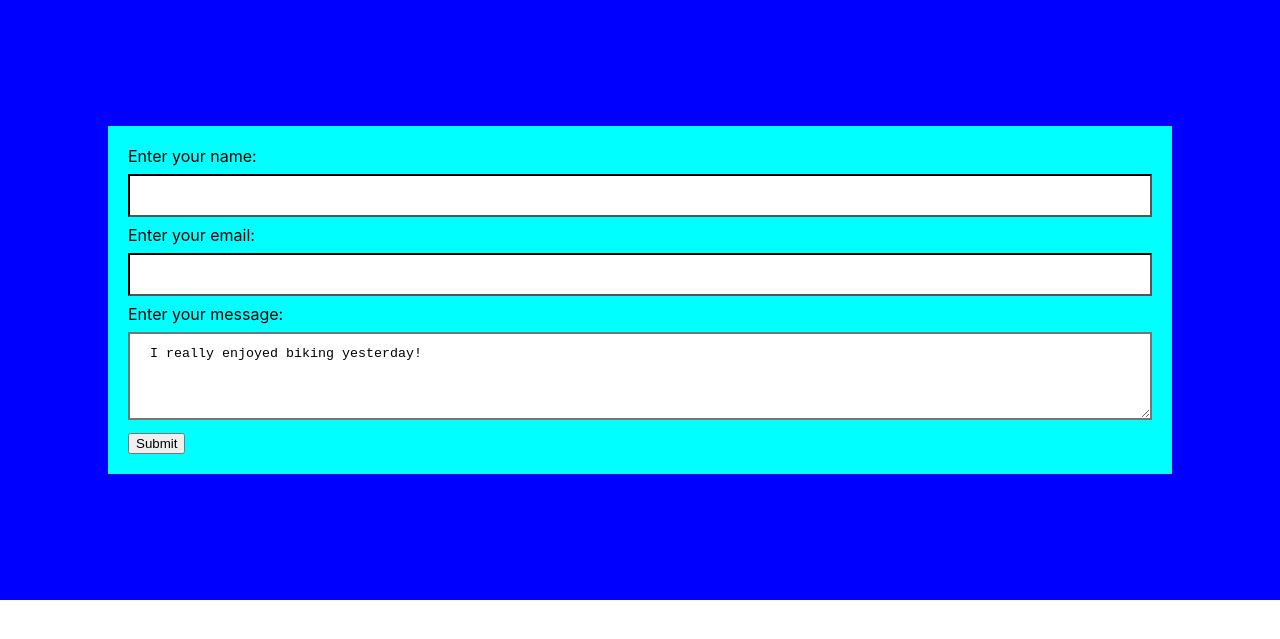
Repository: AddamVictorioDev/ProfileWebsite
Page: /form (app in con/)
An editor plug-in stored every save of this project. The page is shown before and after the next save, followed by the edit.
The browser window is 1280 px wide. The pictures show the whole page.
The project was rebuilt for these pictures with package versions that can differ from the ones it lists, and the page was loaded fresh each time. Also part of the build but not shown: con/src/App.css, con/src/home.css, con/src/home.js, con/src/addam.css, con/src/addam.js, con/src/usescripts.js, con/src/projects.js.

Above is the page before, as saved 2023-03-16 18:56:32.

After the next save:
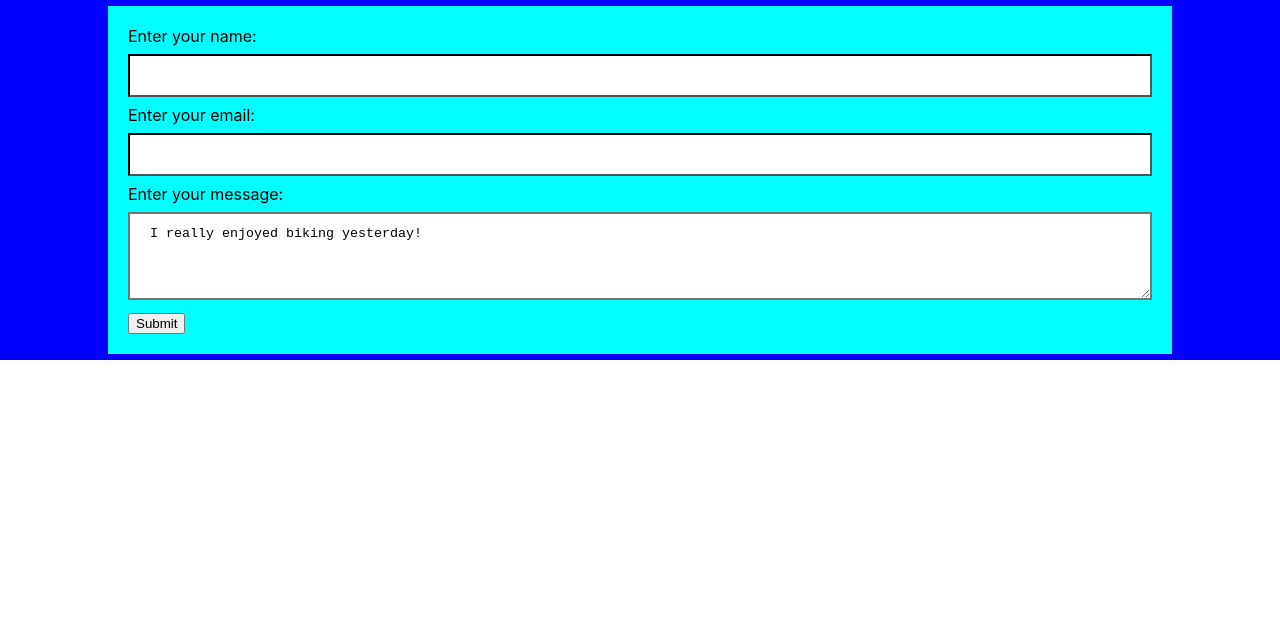
Saved 21 s later.
--- a/con/src/form.css
+++ b/con/src/form.css
@@ -1,7 +1,6 @@
 body{
     display: grid;
     place-items: center;
-    height: 600px;
 
 }
 .container{
@@ -13,7 +12,7 @@ body{
 .center{
     display: grid;
     place-items: center;
-    height: 600px;
+    height: 50vh;
     background-color: blue;
 
 }
